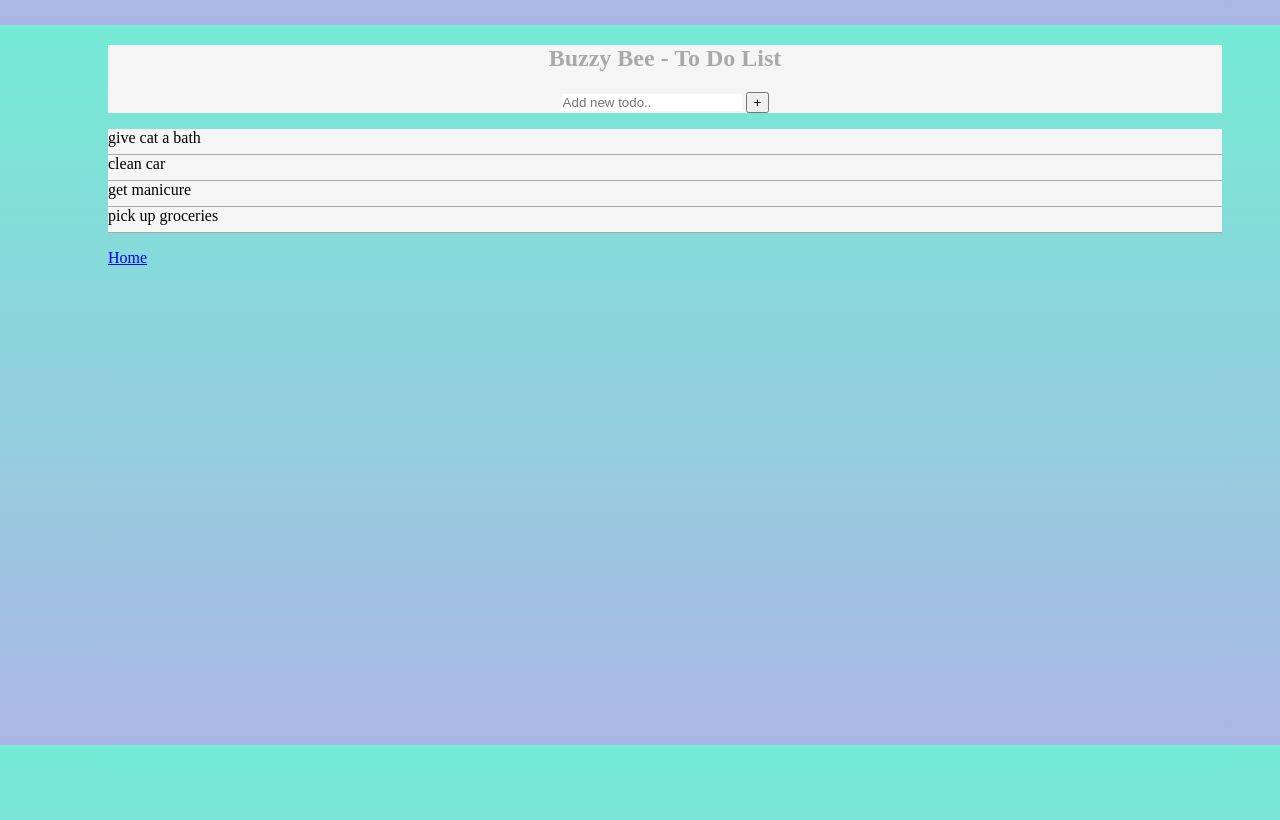
Repository: seleniadelgado/backend-spring2020-angie
Page: projects/todo/public_html/index.html
These files come from the project's save history. The page is drawn as it stood at one moment and after a run of saves; the edit follows.
The browser window is 1280 px wide. The pictures show the whole page.
The page's requests for data from a server got no answer.

Above is the page before, as saved 2020-05-12 16:16:25.

After the next 2 saves:
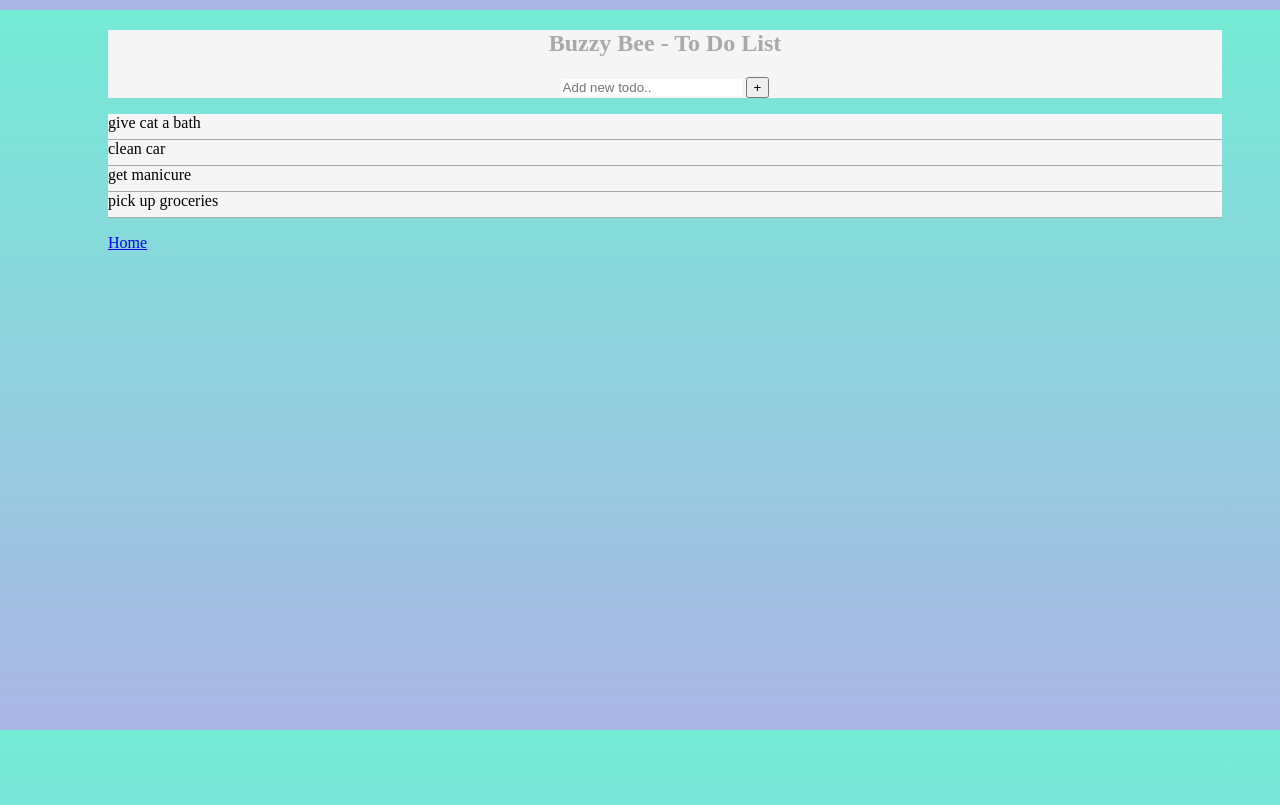
The 2 saves are shown as one change because they came seconds apart.
The last was saved 41 s later.
--- a/projects/todo/public_html/styles.css
+++ b/projects/todo/public_html/styles.css
@@ -1,7 +1,7 @@
 html {
     background: linear-gradient(#74ebd5, #ACB6E5);
     height: 100%;
-    margin: 25px 50px 75px 100px;
+    margin: 10px 50px 75px 100px;
 }
 
 
